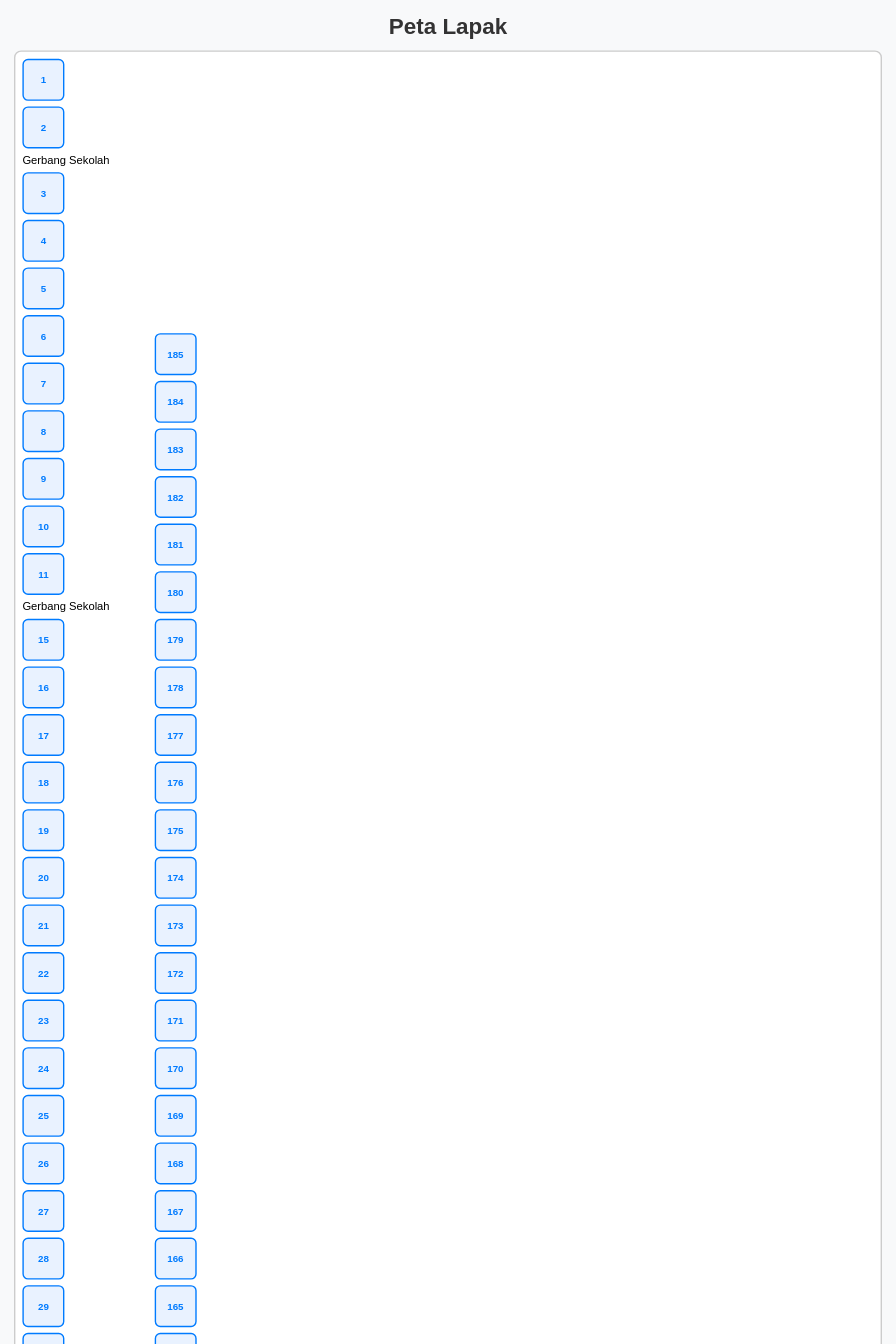
Repository: pasarrakyatbak/denah
Page: index.html
The author's editor kept a copy of each file at every save. The page is drawn from the files as they stood at one save, then again after the next save.
The browser window is 1280 px wide. The pictures show the part of the page from y = 0 to 1920 px (the page is 7572 px tall before and 720 px after), at 70% of full size.

Above is the page before, as saved 2025-09-19 08:11:26.

### index.html
<!DOCTYPE html>
<html lang="id">
<head>
  <meta charset="UTF-8">
  <meta name="viewport" content="width=device-width, initial-scale=1.0">
  <title>Peta Lapak</title>
  <link rel="stylesheet" href="style.css">
</head>
<body>
  <h1>Peta Lapak</h1>

  <div class="scroll-container">
    <div class="road-layout">
      <!-- Sisi Kiri -->
      <div class="side left" id="left-side"></div>

      <!-- Jalan Tengah -->
      <div class="road">JALAN</div>

      <!-- Sisi Kanan -->
      <div class="side right" id="right-side"></div>
    </div>
  </div>

  <script src="script.js"></script>
</body>
</html>

### style.css
/* Reset dasar */
* {
    margin: 0;
    padding: 0;
    box-sizing: border-box;
    font-family: Arial, sans-serif;
}

body {
    background: #f8f9fa;
    padding: 20px;
    text-align: center;
}

h1 {
    margin-bottom: 15px;
    color: #333;
}

/* Kontainer scroll vertikal */
.scroll-container {
    max-width: 100%;
    overflow-x: auto;
    border: 2px solid #ccc;
    border-radius: 10px;
    background: #fff;
    padding: 10px;
}


/* Layout jalan */
.road-layout {
    display: flex;
    flex-direction: row;
    /* urut dari kiri ke kanan */
    align-items: flex-end;
    /* biar sisi kiri (nomor kecil) ada di bawah */
    gap: 15px;
}

/* Kolom sisi */
.side {
    display: flex;
    flex-direction: column;
    gap: 8px;
}


/* Jalan tengah */
.road {
    writing-mode: vertical-rl;
    text-orientation: mixed;
    font-weight: bold;
    background: #333;
    color: #fff;
    padding: 20px 8px;
    border-radius: 10px;
}

/* Kotak lapak */
.lapak {
    width: 60px;
    height: 60px;
    display: flex;
    align-items: center;
    justify-content: center;
    border: 2px solid #007bff;
    border-radius: 8px;
    background: #e9f2ff;
    font-size: 14px;
    font-weight: bold;
    color: #007bff;
}

/* Responsif tablet */
@media (max-width: 1024px) {
    .lapak {
        width: 50px;
        height: 50px;
        font-size: 12px;
    }
}

/* Responsif HP */
@media (max-width: 600px) {
    .road-layout {
        gap: 8px;
    }

    .lapak {
        width: 40px;
        height: 40px;
        font-size: 11px;
    }
}

### script.js
// Nomor lapak sisi kiri
const leftNumbers = [
    1, 2, 3, 4, 5, 6, 7, 8, 9, 10, 11,
    15, 16, 17, 18, 19, 20, 21, 22, 23, 24, 25, 26, 27, 28, 29, 30, 31, 32, 33, 34, 35, 36,
    37, 38, 39, 40, 41, 42, 43, 44, 45, 46, 47, 48, 49, 50, 51, 52, 53, 54, 55, 56, 57, 58, 59, 60,
    61, 62, 63, 64, 65, 66, 67, 68, 69, 70, 71, 72, 73, 74, 75, 76, 77, 78, 79, 80, 81, 82, 83, 84,
    85, 86, 87, 88, 89, 90, 91, 92, 93, 94, 95, 96, 97, 98, 99, 100, 101, 102, 103, 104,
    186, 187, 188, 189, 190, 191, 192, 193
];
// Nomor lapak sisi kanan (tetap sama daftarnya)
const rightNumbers = [
    194, 195, 196, 197, 198, 199, 200, 201, 202, 203, 204, 205, 206, 207, 208, 209, 210, 211, 212, 213,
    105, 106, 107, 108, 109, 110, 111, 112, 113, 114, 115, 116, 117, 118, 119, 120, 121, 122, 123, 124,
    125, 126, 127, 128, 129, 130, 131, 132, 133, 134, 135, 136, 137, 138,
    214, 215, 216,
    139, 140, 141, 142, 143, 144, 145, 146, 147, 148, 149, 150, 151, 152, 153, 154, 155, 156, 157, 158, 159, 160,
    161, 162, 163, 164, 165, 166, 167, 168, 169, 170, 171, 172, 173, 174, 175, 176, 177, 178, 179, 180,
    181, 182, 183, 184, 185
];

// Render sisi kanan dengan urutan dibalik
const rightSide = document.getElementById("right-side");
rightNumbers.slice().reverse().forEach(num => {
    const div = document.createElement("div");
    div.className = "lapak";
    div.textContent = num;
    rightSide.appendChild(div);
});

// Render sisi kiri
const leftSide = document.getElementById("left-side");
leftNumbers.forEach(num => {
    const div = document.createElement("div");
    div.className = "lapak";
    div.textContent = num;
    leftSide.appendChild(div);

    // Tambahkan tanda jalan setelah nomor 2
    if (num === 2) {
        const jalanGerbang = document.createElement("div");
        jalanGerbang.className = "jalan-gerbang";
        jalanGerbang.textContent = "Gerbang Sekolah";
        leftSide.appendChild(jalanGerbang);
    }

    // Tambahkan tanda jalan setelah nomor 11
    if (num === 11) {
        const jalanGerbang = document.createElement("div");
        jalanGerbang.className = "jalan-gerbang";
        jalanGerbang.textContent = "Gerbang Sekolah";
        leftSide.appendChild(jalanGerbang);
    }
});

After the next save:
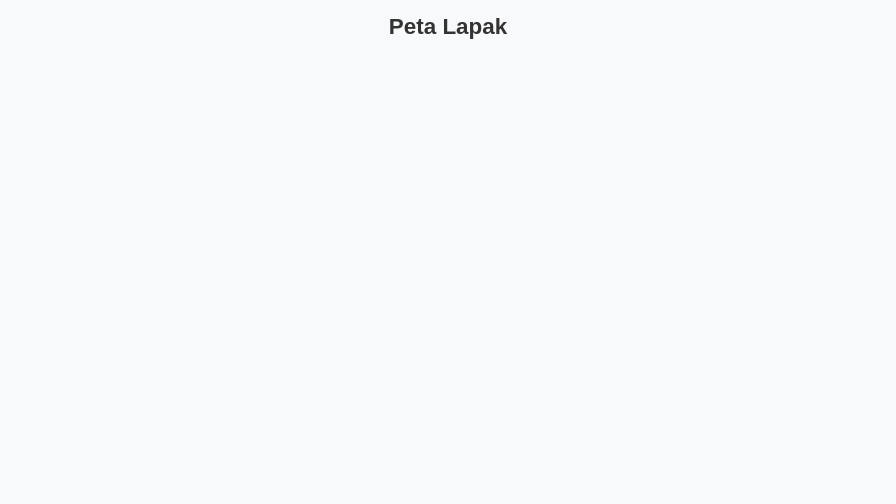
Console error: TypeError: Cannot read properties of null (reading 'appendChild')
Saved 12 s later.
--- a/index.html
+++ b/index.html
@@ -1,27 +1,19 @@
 <!DOCTYPE html>
 <html lang="id">
+
 <head>
-  <meta charset="UTF-8">
-  <meta name="viewport" content="width=device-width, initial-scale=1.0">
-  <title>Peta Lapak</title>
-  <link rel="stylesheet" href="style.css">
+    <meta charset="UTF-8">
+    <meta name="viewport" content="width=device-width, initial-scale=1.0">
+    <title>Peta Lapak</title>
+    <link rel="stylesheet" href="style.css">
 </head>
+
 <body>
-  <h1>Peta Lapak</h1>
+    <h1>Peta Lapak</h1>
 
-  <div class="scroll-container">
-    <div class="road-layout">
-      <!-- Sisi Kiri -->
-      <div class="side left" id="left-side"></div>
 
-      <!-- Jalan Tengah -->
-      <div class="road">JALAN</div>
 
-      <!-- Sisi Kanan -->
-      <div class="side right" id="right-side"></div>
-    </div>
-  </div>
+    <script src="script.js"></script>
+</body>
 
-  <script src="script.js"></script>
-</body>
 </html>

After the 3 saves that followed:
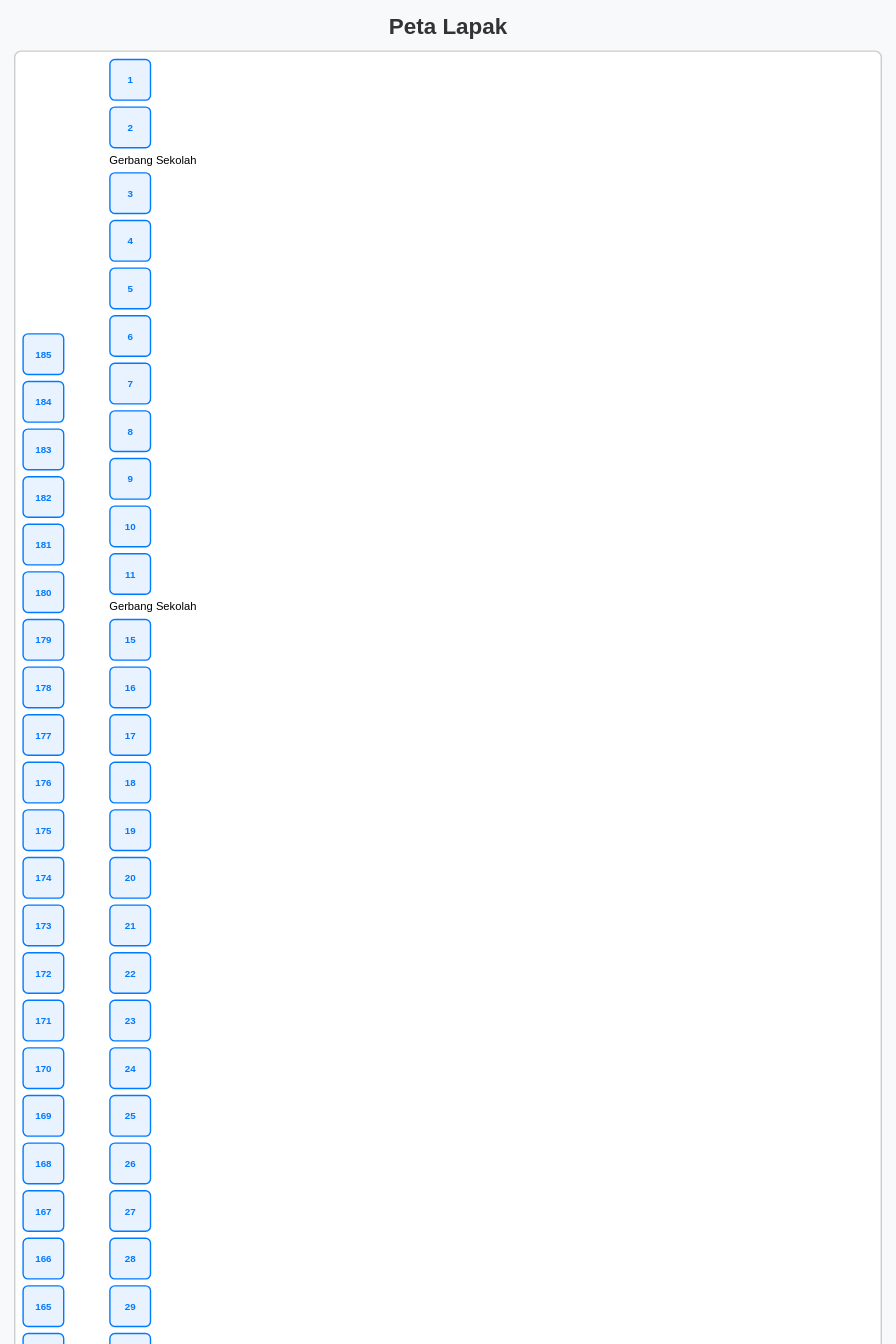
The error is gone.
The 3 saves are shown as one change because 1 left the picture as it was and some came seconds apart.
The last was saved 15 s later.
--- a/index.html
+++ b/index.html
@@ -10,9 +10,18 @@
 
 <body>
     <h1>Peta Lapak</h1>
+    <div class="scroll-container">
+        <div class="road-layout">
+            <!-- Sisi kanan (atas) -->
+            <div class="side right" id="right-side"></div>
 
+            <!-- Jalan tengah -->
+            <div class="road">JALAN</div>
 
-
+            <!-- Sisi kiri (bawah) -->
+            <div class="side left" id="left-side"></div>
+        </div>
+    </div>
     <script src="script.js"></script>
 </body>
 
